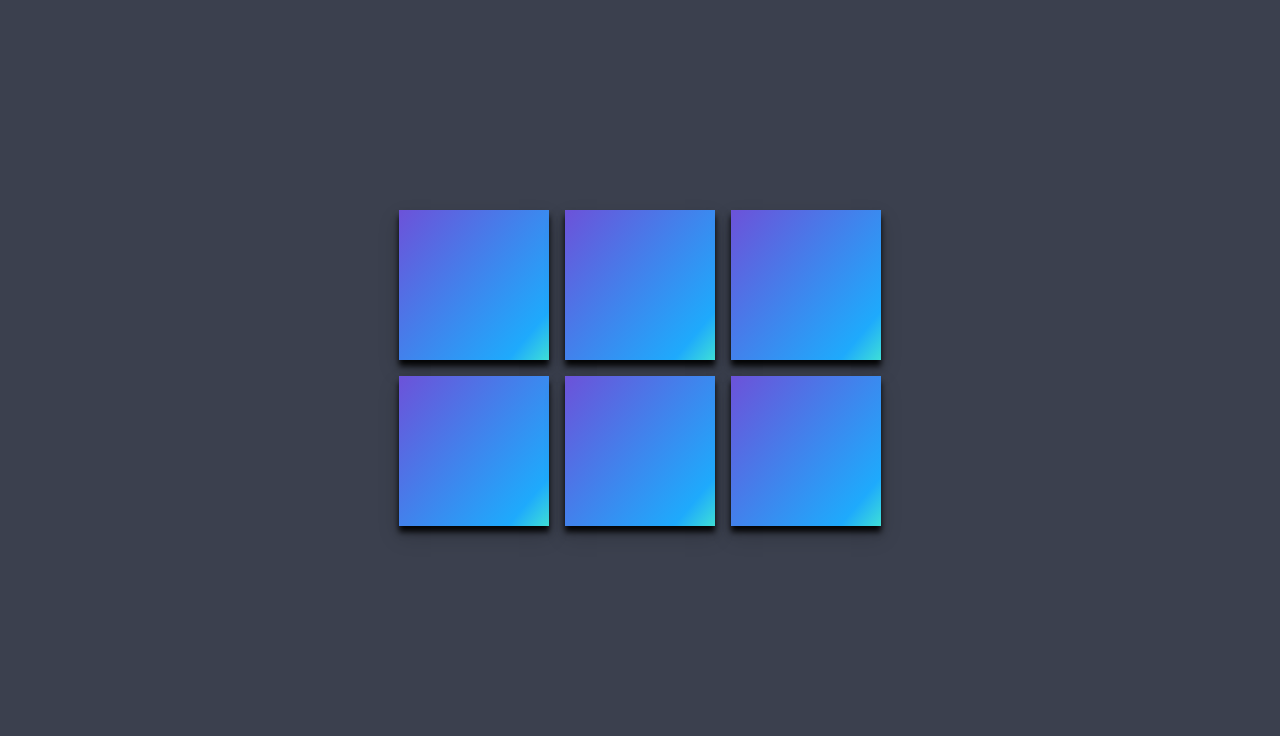
Repository: mariocapitbrok/css-grid
Page: index.html
These files come from the project's save history. The page is drawn as it stood at one moment and after the next save; the edit follows.
The browser window is 1280 px wide. The pictures show the whole page.

Above is the page before, as saved 2022-12-29 13:19:44.

After the next save:
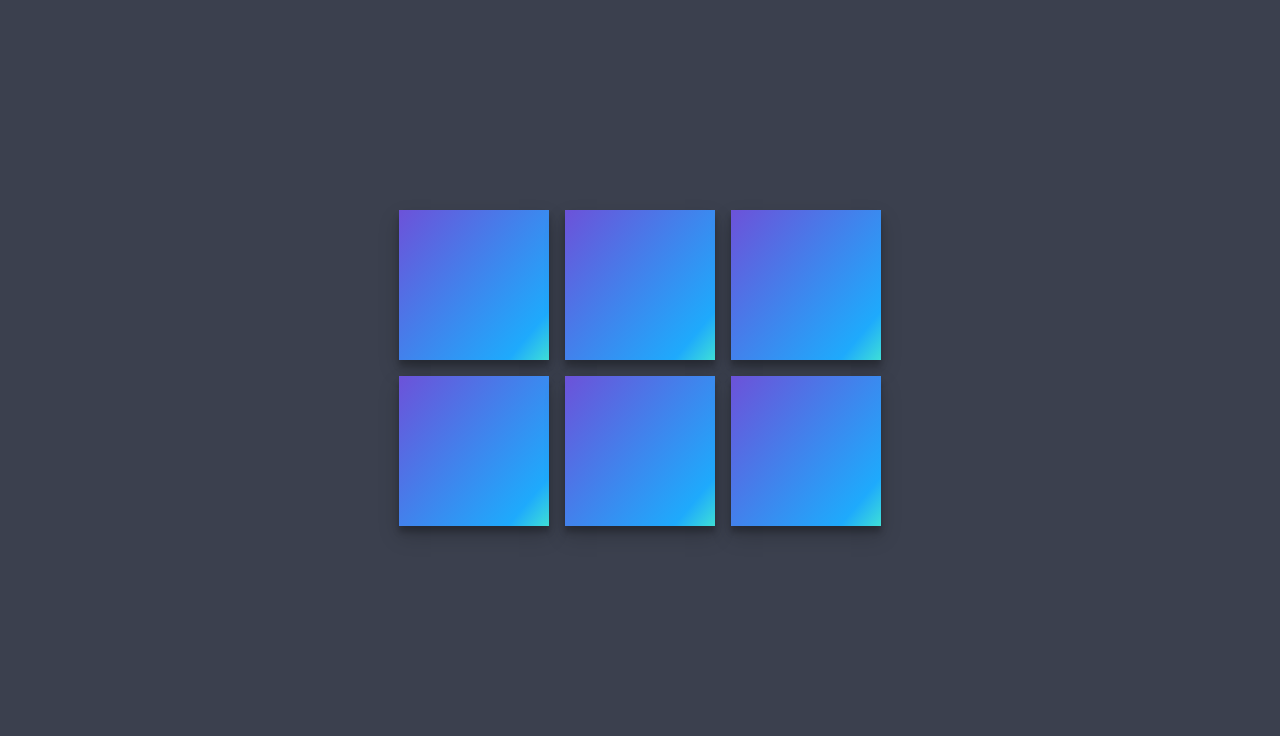
Saved 10 s later.
--- a/styles.css
+++ b/styles.css
@@ -16,5 +16,5 @@ body {
 .item {
   background-color: #1EAAFC;
   background-image: linear-gradient(130deg, #6C52D9 0%, #1EAAFC 85%, #3EDFD7 100%);
-  box-shadow: 0 10px 20px rgba(0, 0, 0, 0.188), 0 6px 6px rgba(0, 0, 0, 0.931);
+  box-shadow: 0 10px 20px rgba(0, 0, 0, 0.188), 0 6px 6px rgba(0, 0, 0, 0.231);
 }
